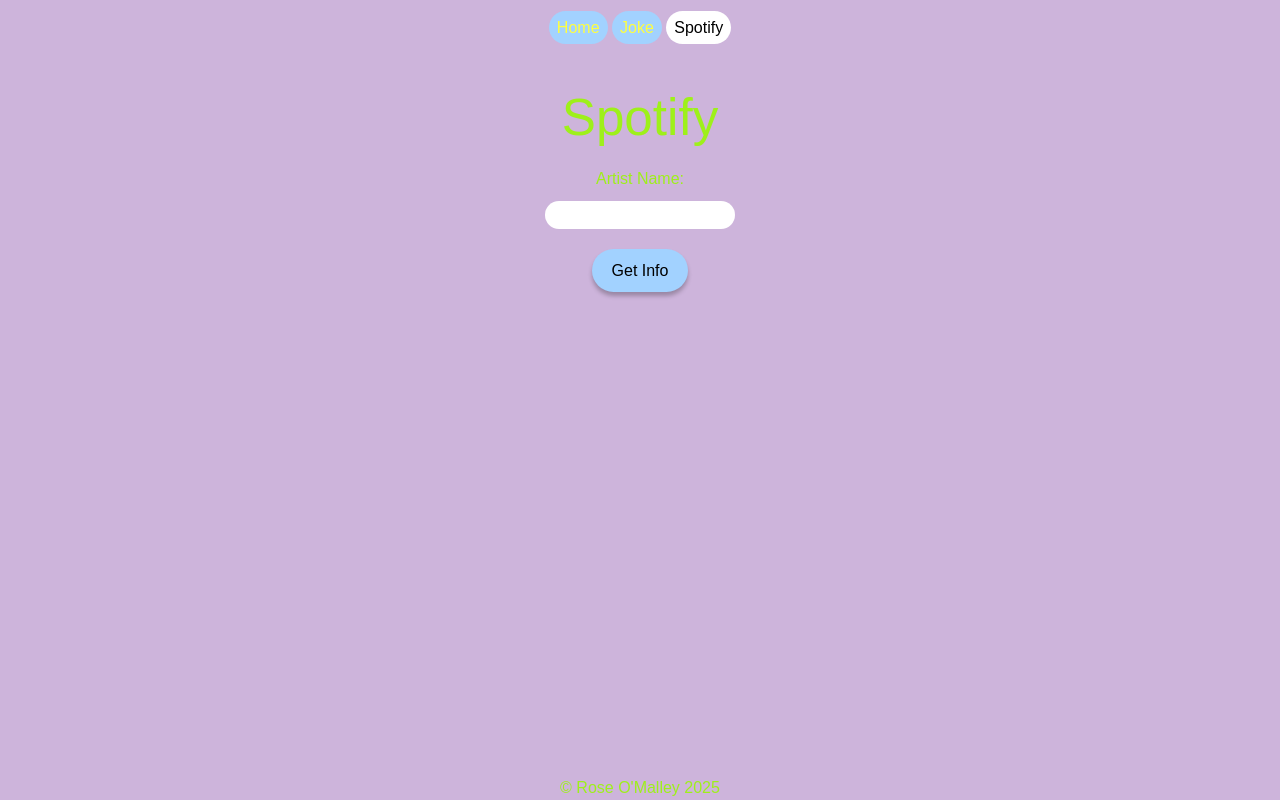
Repository: rosieomusic/spotify-react
Page: /#/spotify
These files come from the project's save history. The page is drawn as it stood at one moment and after the next save; the edit follows.
The browser window is 1280 px wide. The pictures show the whole page.
The page's requests for data from a server got no answer. Some web fonts or font styles are not loaded; a fallback is used. The project was rebuilt for these pictures with package versions that can differ from the ones it lists, and the page was loaded fresh each time. No one was signed in, and anything a server would have sent is missing. Settings that the repository does not hold, such as keys and server addresses, were given made-up values. Also part of the build but not shown: vite.config.js, src/pages/HomePage.jsx, src/components/AlbumComponent.jsx, src/services/JokeService.js, src/pages/JokePage.jsx.

Above is the page before, as saved 2025-05-22 14:57:01.

After the next save:
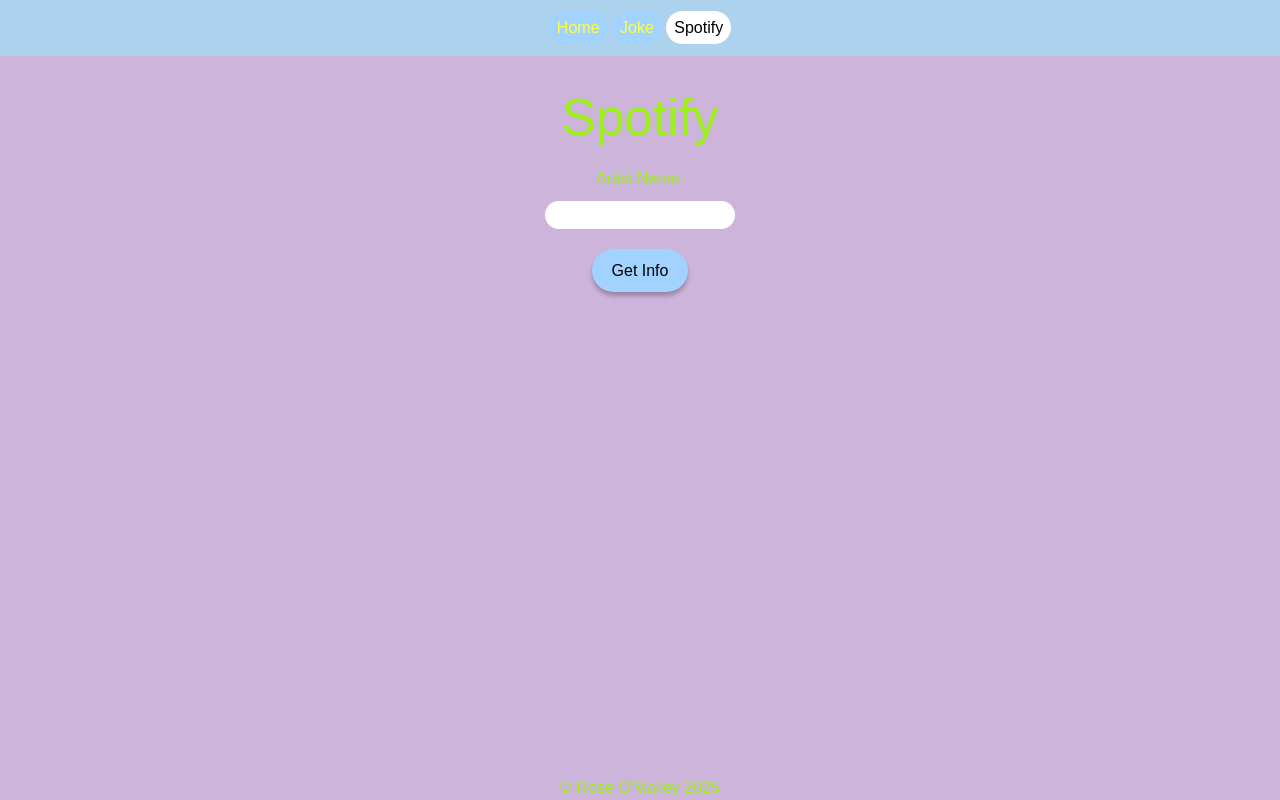
Saved 100 s later.
--- a/src/App.css
+++ b/src/App.css
@@ -3,7 +3,7 @@ body {
 	height: 100%;
 	margin: 0;
 	padding: 0;
-	background-color: #cdb4db;
+	background-color: #acd2ed;
 	box-sizing: border-box;
 	font-family: 'Jersey 10', sans-serif;
 	color: #9ef01a;

After the save that followed:
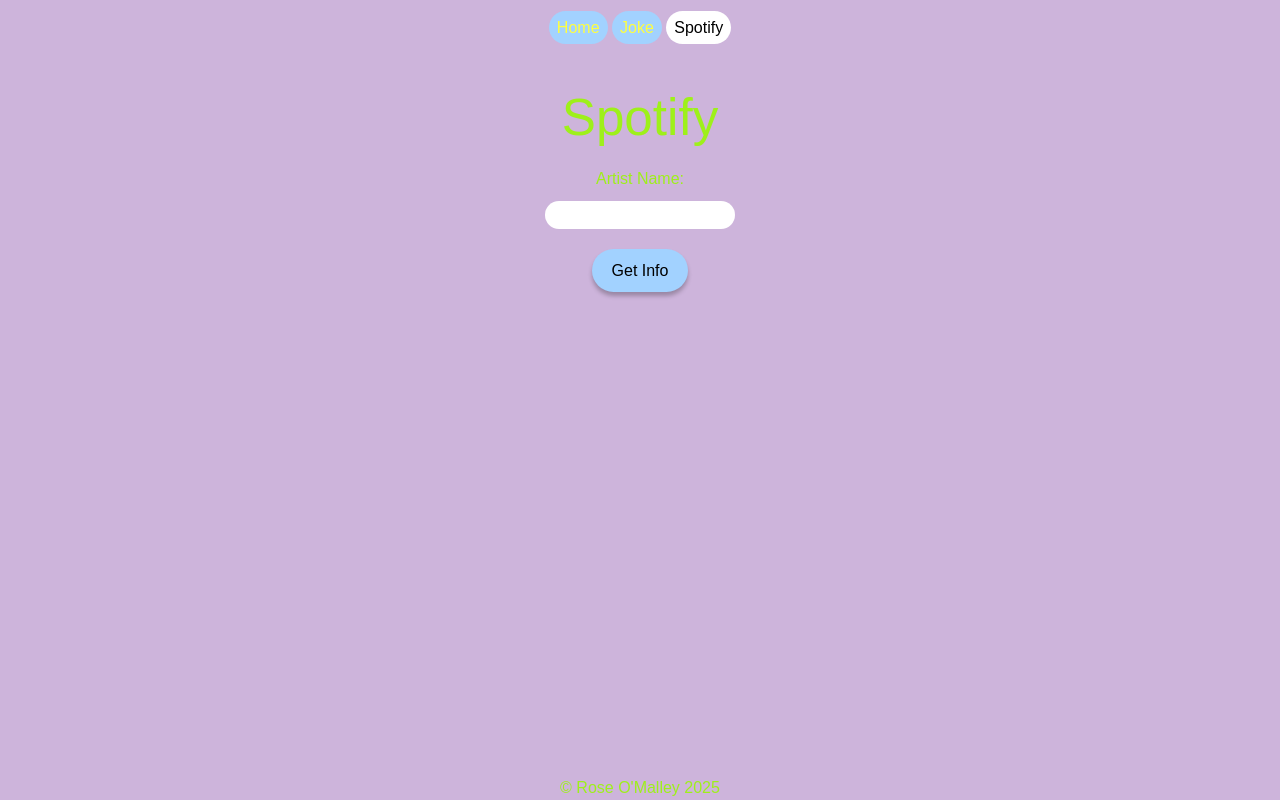
Saved 16 s later.
--- a/src/App.css
+++ b/src/App.css
@@ -3,7 +3,7 @@ body {
 	height: 100%;
 	margin: 0;
 	padding: 0;
-	background-color: #acd2ed;
+	background-color: #cdb4db;
 	box-sizing: border-box;
 	font-family: 'Jersey 10', sans-serif;
 	color: #9ef01a;
